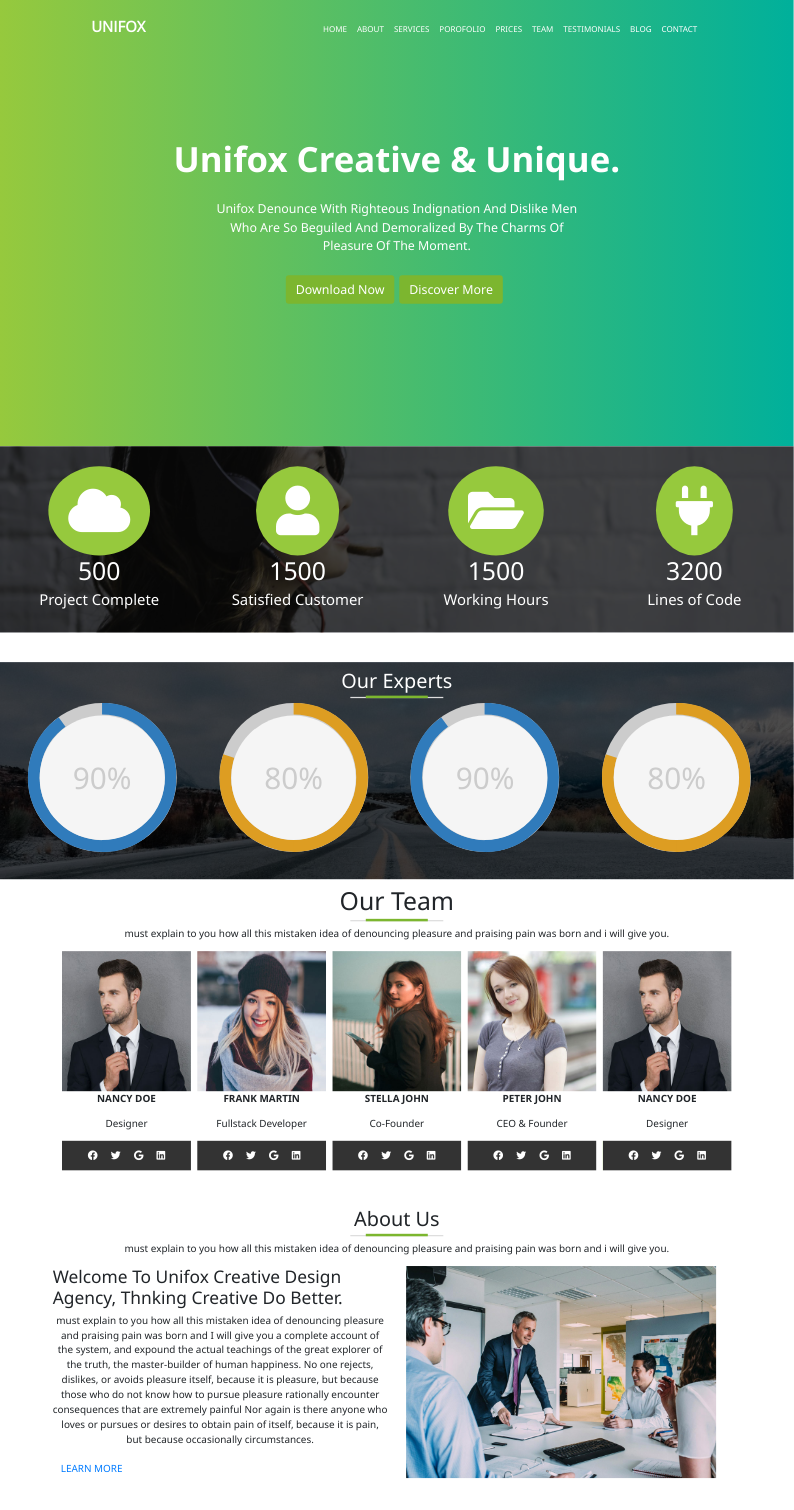
Repository: ibrkhalil/Uniforce-First-Attempt
Page: index.html
An editor plug-in stored every save of this project. The page is shown before and after the next save, followed by the edit.
The browser window is 1280 px wide. The pictures show the whole page, at 62% of full size.
Backgrounds fixed to the window are drawn as part of the page.

Above is the page before, as saved 2021-01-24 02:30:54.

After the next save:
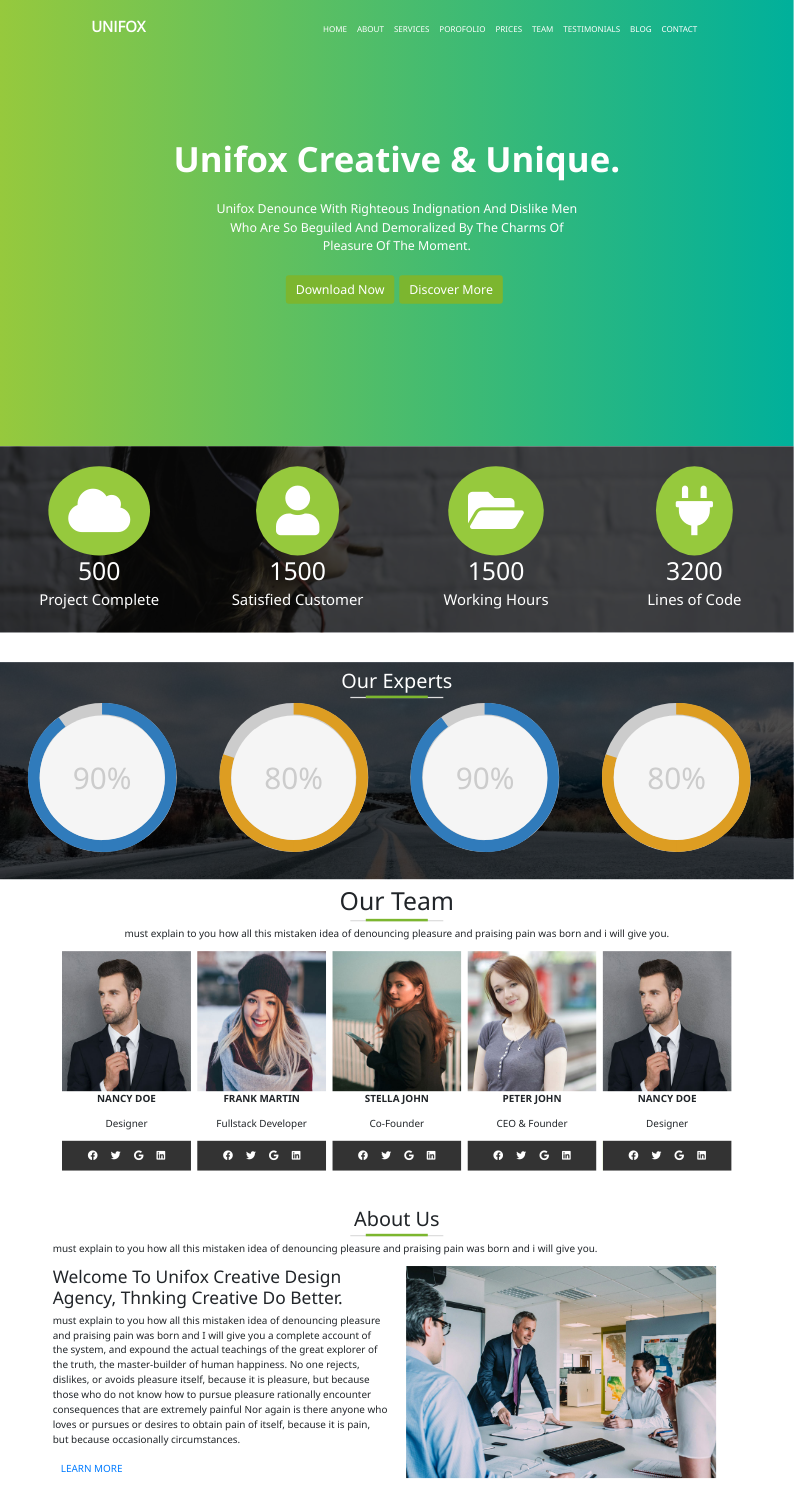
Saved 9 s later.
--- a/style.css
+++ b/style.css
@@ -302,7 +302,7 @@
 .social-media-icons i{
     cursor: pointer;
 }
-.about-section p{
+.about-section p:first{
     text-align: center;
 }
 /* .social-media-icons::before{

After the 2 saves that followed:
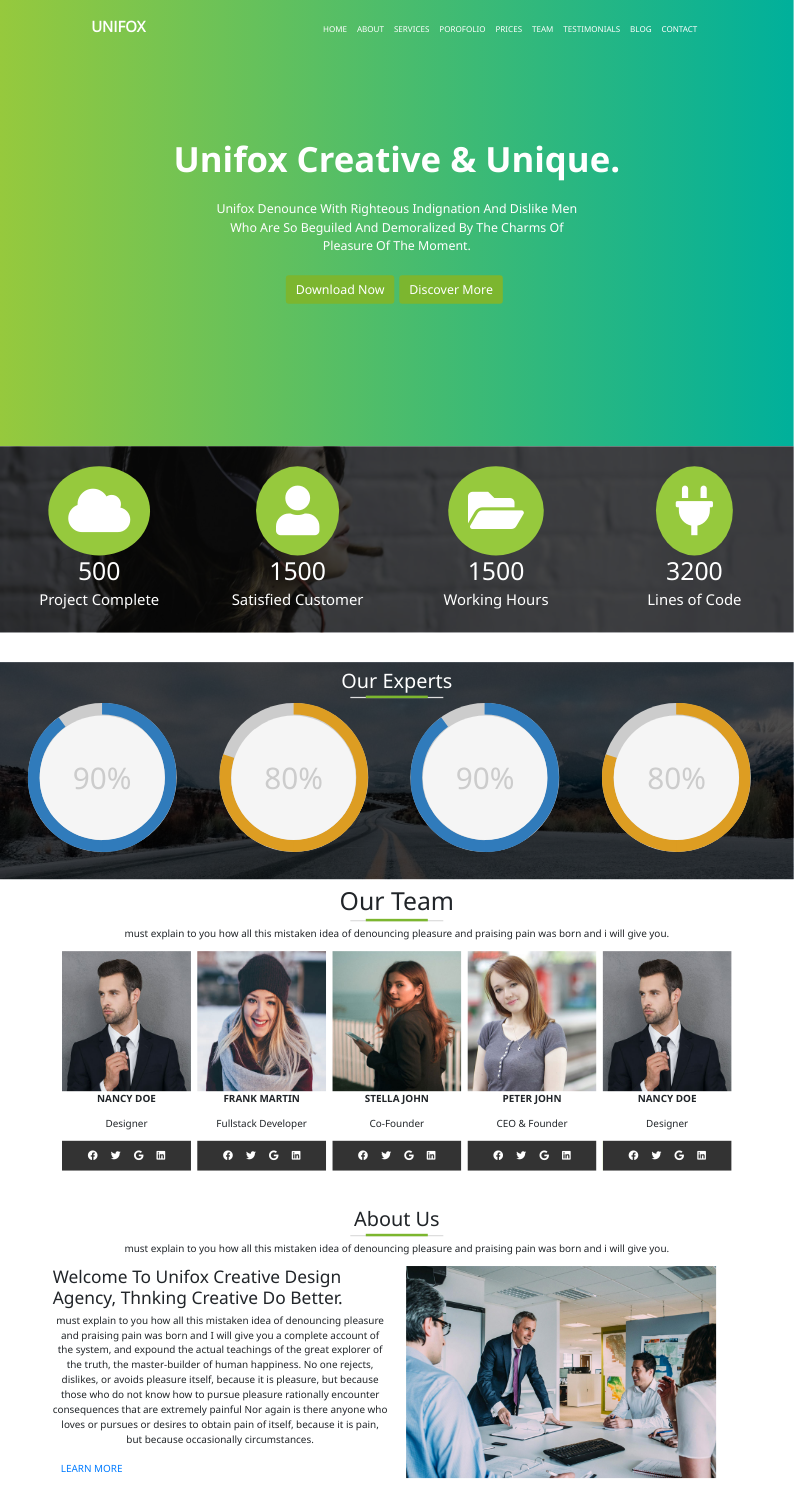
The 2 saves are shown as one change because 1 left the picture as it was.
The last was saved 16 s later.
--- a/style.css
+++ b/style.css
@@ -302,7 +302,7 @@
 .social-media-icons i{
     cursor: pointer;
 }
-.about-section p:first{
+.about-section p:first-of-type{
     text-align: center;
 }
 /* .social-media-icons::before{
